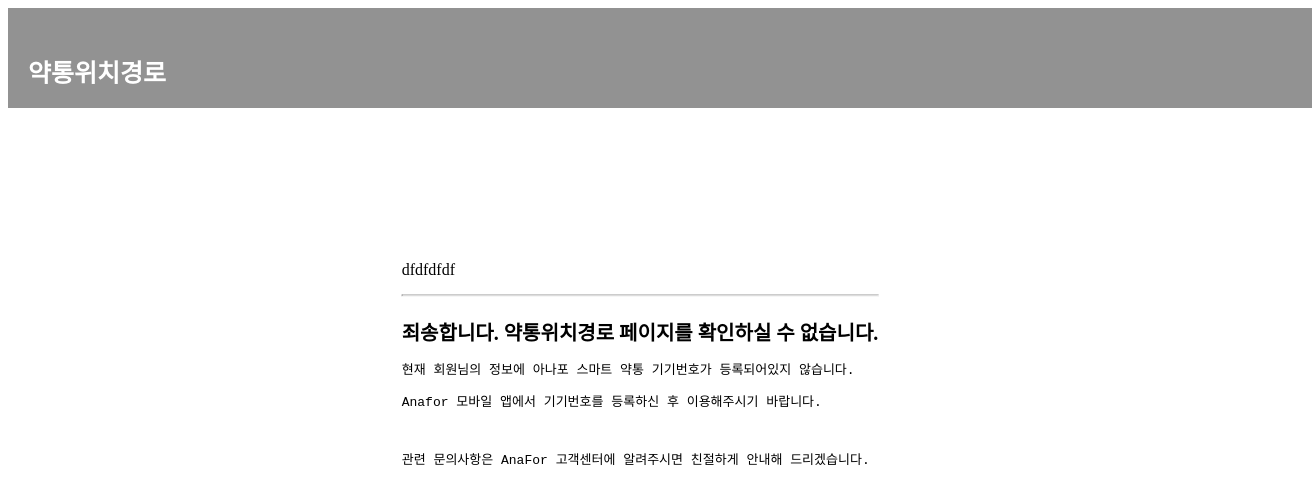
Repository: euzny/Spring-Website
Page: http://localhost/anafor/WEB-INF/views/my_info/notAccept.jsp
An editor plug-in stored every save of this project. The page is shown before and after the next save, followed by the edit.
The browser window is 1280 px wide. The page is 1312 px wide, so the pictures cover 1312 px, including what lies to the right of the window. The pictures show the whole page.
The page is served by Tomcat 9. Nobody is signed in. Other server files are loaded and not shown. The template is opened directly, without the code that normally fills it, so the values that code supplies are empty.

Above is the page before, as saved 2022-06-23 02:40:45.

### Workspace/anafor/src/main/webapp/WEB-INF/views/my_info/notAccept.jsp
<%@ page language="java" contentType="text/html; charset=UTF-8"
    pageEncoding="UTF-8"%>
<!DOCTYPE html>
<html>
<head>
<meta charset="UTF-8">
<title>Insert title here</title>
<style>
 	#header {
	   width:100%;
	   height:60px;
	   padding: 20px;
	   background-color:#929292;
	   border-bottom: 1px solid white;
	}
	#header h3{
	   font-size: 25px;
	   font-weight: bold;
	   text-align: left;
	   color: white;
	}

	#notice{
		position: absolute; left: 50%; top: 50%;
		transform:translate(-50%, -50%);
	}
	#notice h3{
	   font-size: 20px;
	   font-weight:600;
	   margin-bottom:10px;
	   text-align:left;
	}
	#notice pre{
		margin-bottom:8px;
		 text-align:left;
	}

   	</style>
</head>
<body>
<div id="header">
  	<h3>약통위치경로</h3>
</div>
<div id="notice">
<p>dfdfdfdf</p>
	<hr>
	<h3>죄송합니다. 약통위치경로 페이지를 확인하실 수 없습니다.</h3>
		<pre>현재 회원님의 정보에 아나포 스마트 약통 기기번호가 등록되어있지 않습니다.</pre>
		<pre>Anafor 모바일 앱에서 기기번호를 등록하신 후 이용해주시기 바랍니다.</pre>
		<br>
		<pre>관련 문의사항은 AnaFor 고객센터에 알려주시면 친절하게 안내해 드리겠습니다.</pre>
</div>
</body>
</html>

After the next save:
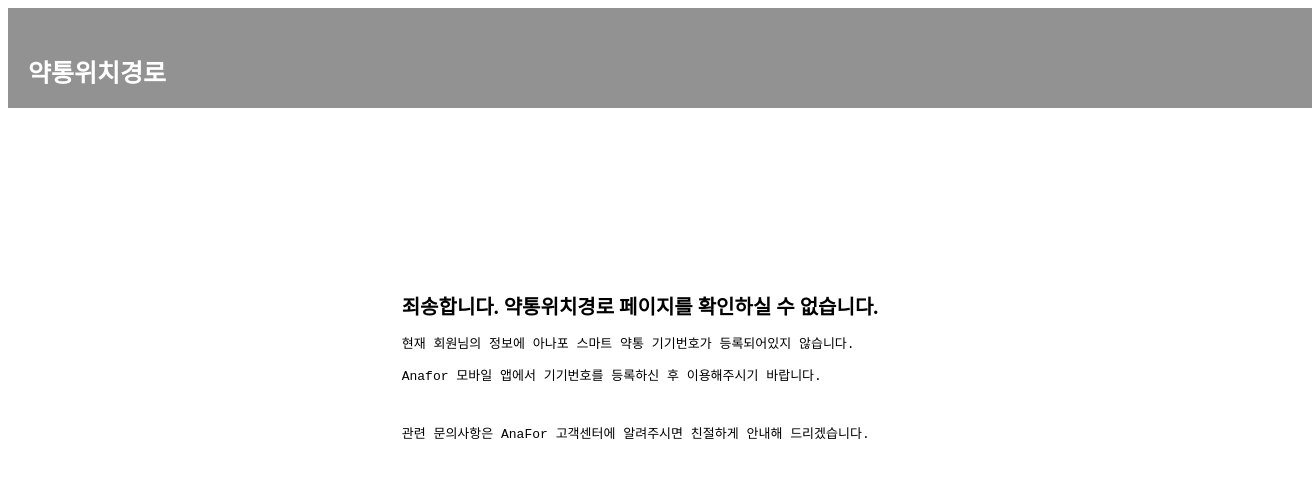
Saved 9 s later.
--- a/Workspace/anafor/src/main/webapp/WEB-INF/views/my_info/notAccept.jsp
+++ b/Workspace/anafor/src/main/webapp/WEB-INF/views/my_info/notAccept.jsp
@@ -42,8 +42,6 @@
   	<h3>약통위치경로</h3>
 </div>
 <div id="notice">
-<p>dfdfdfdf</p>
-	<hr>
 	<h3>죄송합니다. 약통위치경로 페이지를 확인하실 수 없습니다.</h3>
 		<pre>현재 회원님의 정보에 아나포 스마트 약통 기기번호가 등록되어있지 않습니다.</pre>
 		<pre>Anafor 모바일 앱에서 기기번호를 등록하신 후 이용해주시기 바랍니다.</pre>
